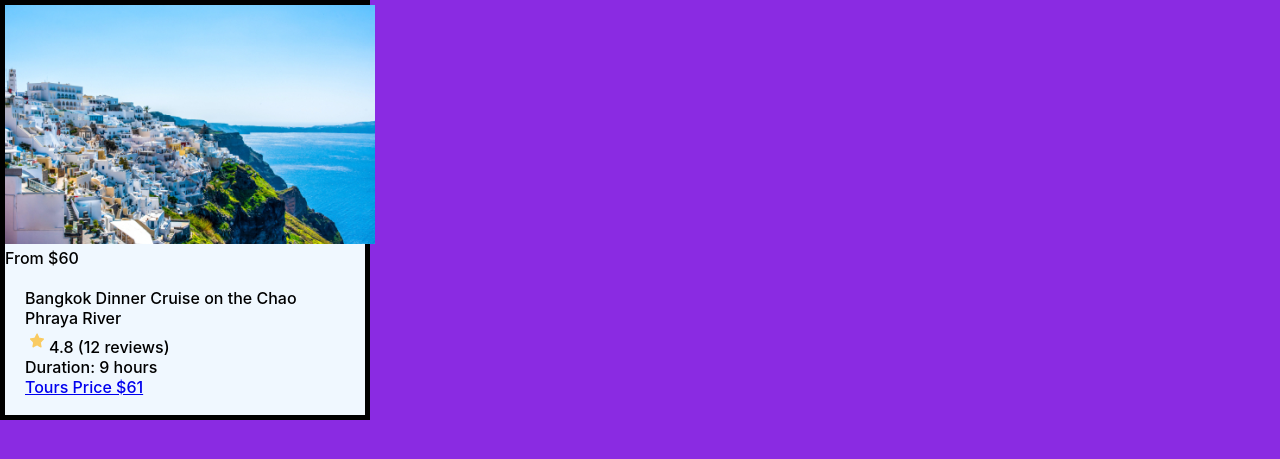
Repository: nguyentuankiet-k61/K_IT-demo
Page: index.html
These files come from the project's save history. The page is drawn as it stood at one moment and after the next save; the edit follows.
The browser window is 1280 px wide. The pictures show the whole page.
Some web fonts or font styles are not loaded; a fallback is used.

Above is the page before, as saved 2022-09-25 12:30:09.

### index.html
<!DOCTYPE html>
<html lang="en">
<head>
    <meta charset="UTF-8">
    <meta http-equiv="X-UA-Compatible" content="IE=edge">
    <meta name="viewport" content="width=device-width, initial-scale=1.0">
    <title>HTML CSS Master</title>
    <link rel = "preconnect" href = "https://fonts.googleapis.com">
    <link rel = "preconnect" href = "https://fonts.gstatic.com" crossorigin>
    <link href = "https: //fonts.googleapis.com/css2? family = Inter: wght @ 500; 600 & display = swap "rel =" stylesheet ">
    <link rel="stylesheet" href="./CSS/app.css">
</head>
<body>
 <div class="">
    <div class="Tours">
        <!-- <div class="Tours_top">
            <img src="./image/img1.png" alt="this_is_image"/>From $40
        </div>
        <div class="Tours_content">

            <div class="Tours_titlle">Thailands Ayutthaya Temples
                Cruise from Bangkok</div>

            <div class="Tours_ratting">
                <div class="Tours_review">
                    <div class="Tours_review_count">
                        <img src="./image/img-star.png" alt="tours-ratting"/>4.8 (12 reviews)
                    </div>
                    <div class="Tours_Duration">Duration: 9 hours</div>
                </div>
            </div>
            <a href="https://www.facebook.com/kutooo" target="_blank"
            rel="noopener noreferrer" class="Tours-botton">Tours Price $61</a></br>
        <div class="Tours_top">
            <img src="./image/img1.png" alt="this_is_image"/>From $70
        </div>
        <div class="Tours_content">
            <div class="Tours_titlle">
                FLoating Markets Day Trip from
                Bangkok
            </div>
            <div class="Tours_ratting">
                <div class="Tours_review_count">
                    <img src="./image/img-star.png" alt="tours-ratting"/>4.8 (12 reviews)

                </div>
                <div class="Tours_Duration">
                    Duration: 9 hours
                </div>
            </div>
            <a href="https://www.facebook.com/kutooo" target="_blank"
            rel="noopener noreferrer"
            class="Tours_botton">Tours Price $61</a></br>
        </div>
        </div> -->
        <div class="Tours_top">
            <img src="./image/img3.png" alt="this_is_image"/>From $60
             <div class="Tours_content">
                <div class="Tours_titlle">
                    Bangkok Dinner Cruise on the
                    Chao Phraya River
                </div>
                <div class="Tours_ratting">
                    <div class="Tours_review_count">
                        <img src="./image/img-star.png" alt="tours-ratting"/>4.8 (12 reviews)

                    </div>
                    <div class="Tours_Ducatiom">
                        Duration: 9 hours
                    </div>
                </div>
               <a href="https://www.facebook.com/kutooo" target="_blank"
               rel="noopener noreferrer"
               class="Tours_botton">Tours Price $61</a>
            </div>
        </div>
    </div>
 </div>
</body>
</html>

### CSS/app.css
*{
    margin: 0;
    padding: 0;
    box-sizing: border-box;
}
body{
    font-family: 'Inter', sans-serif;
    font-weight: 500;
    background-color: blueviolet;

}
.Tours{
    width: 370px;
    height: 420px;
    background-color: aliceblue;
    border: 5px solid black;
}
.Tours_content{
    padding: 20px 20px 14px;

}

After the next save:
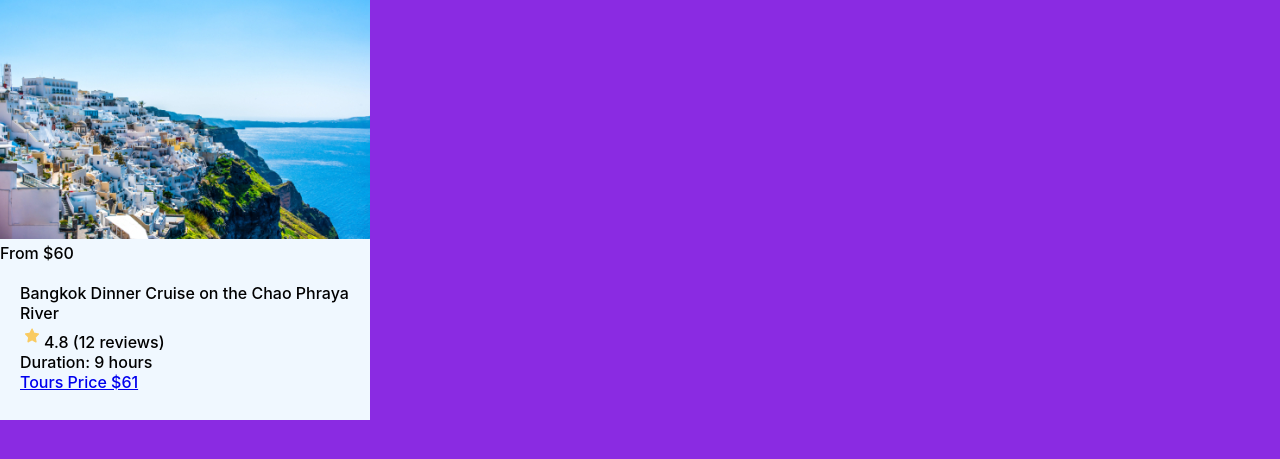
Saved 2 min 14 s later.
--- a/CSS/app.css
+++ b/CSS/app.css
@@ -13,7 +13,7 @@ body{
     width: 370px;
     height: 420px;
     background-color: aliceblue;
-    border: 5px solid black;
+
 }
 .Tours_content{
     padding: 20px 20px 14px;
